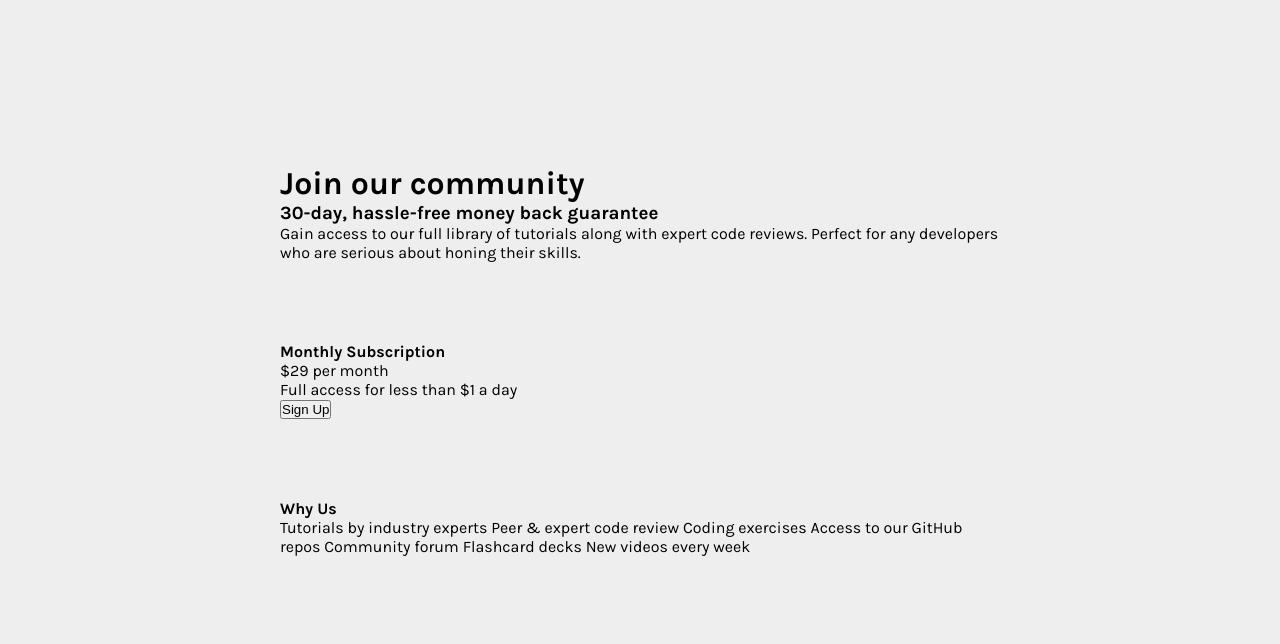
Repository: Akashiii1/WebSingleGrid_Day3
Page: index.html
An editor plug-in stored every save of this project. The page is shown before and after the next save, followed by the edit.
The browser window is 1280 px wide. The pictures show the whole page.

Above is the page before, as saved 2021-12-22 00:57:14.

### index.html
<!DOCTYPE html>
<html lang="en">
  <head>
    <meta charset="UTF-8" />
    <meta name="viewport" content="width=device-width, initial-scale=1.0" />
    <!-- displays site properly based on user's device -->

    <link
      rel="icon"
      type="image/png"
      sizes="32x32"
      href="./images/favicon-32x32.png"
    />

    <title>Frontend Mentor | Single Price Grid Component</title>

    <!-- Feel free to remove these styles or customise in your own stylesheet 👍 -->
    <link rel="stylesheet" href="style.css" />
    <style>
      .attribution {
        font-size: 11px;
        text-align: center;
      }
      .attribution a {
        color: hsl(228, 45%, 44%);
      }
    </style>
  </head>
  <body>
    <!-- Join our community

  30-day, hassle-free money back guarantee

  Gain access to our full library of tutorials along with expert code reviews.
  Perfect for any developers who are serious about honing their skills.

  Monthly Subscription

  &dollar;29 per month

  Full access for less than &dollar;1 a day

  Sign Up

  Why Us

  Tutorials by industry experts
  Peer &amp; expert code review
  Coding exercises
  Access to our GitHub repos
  Community forum
  Flashcard decks
  New videos every week -->
    <div class="wrapper">
      <div class="container">
        <div class="box">
          <h1>Join our community</h1>
          <h3>30-day, hassle-free money back guarantee</h3>
          <p>
            Gain access to our full library of tutorials along with expert code
            reviews. Perfect for any developers who are serious about honing
            their skills.
          </p>
        </div>
        <div class="box">
          <h4>Monthly Subscription</h4>
          <span>&dollar;29 per month</span>
          <p>Full access for less than &dollar;1 a day</p>
          <button class="btn">Sign Up</button>
        </div>
        <div class="box">
          <h4>Why Us</h4>
          <p>
            Tutorials by industry experts Peer &amp; expert code review Coding
            exercises Access to our GitHub repos Community forum Flashcard decks
            New videos every week
          </p>
        </div>
      </div>
    </div>
    <!-- <footer>
    <p class="attribution">
      Challenge by <a href="https://www.frontendmentor.io?ref=challenge" target="_blank">Frontend Mentor</a>.
      Coded by <a href="#">Your Name Here</a>.
    </p>
  </footer> -->
  </body>
</html>

### style.css

@import url('https://fonts.googleapis.com/css2?family=Karla:wght@400;700&display=swap');
:root{
  --Cyan: hsl(179, 62%, 43%);
 --BrightYellow: hsl(71, 73%, 54%);
 --LightGray: hsl(204, 43%, 93%);
 --GrayishBlue: hsl(218, 22%, 67%);
}
html {
box-sizing: border-box;
}
*{
margin: 0;
padding: 0;
}
*,*:before,*:after {
box-sizing: border-box;
}
input,
textarea,
select,
button{
outline: none;
}
input{
line-height: normal;
}
label,
button{
cursor: pointer;
}
a {
text-decoration: none;
}
img {
display: block;
max-width: 100%;
}
body{
  font-family: 'Karla', sans-serif;
  display: flex;
  justify-content: center;
  align-items: center;
  min-height: 100vh;
  background-color: #eee;
}
.wrapper{
  max-width: 800px;
  display: grid;
  grid-template-columns: ;
  grid-gap: ;
}
.box{
  padding: 40px;
}

After the next save:
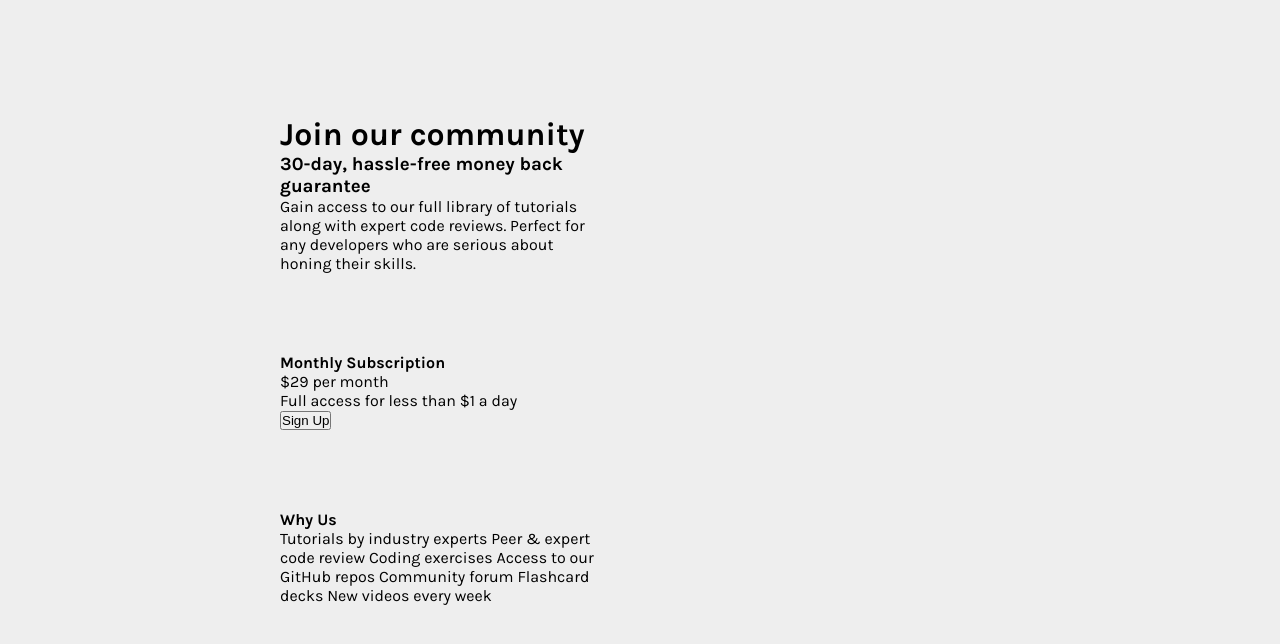
Saved 12 s later.
--- a/style.css
+++ b/style.css
@@ -47,7 +47,7 @@ body{
 .wrapper{
   max-width: 800px;
   display: grid;
-  grid-template-columns: ;
+  grid-template-columns:repeat(2,1fr);
   grid-gap: ;
 }
 .box{
